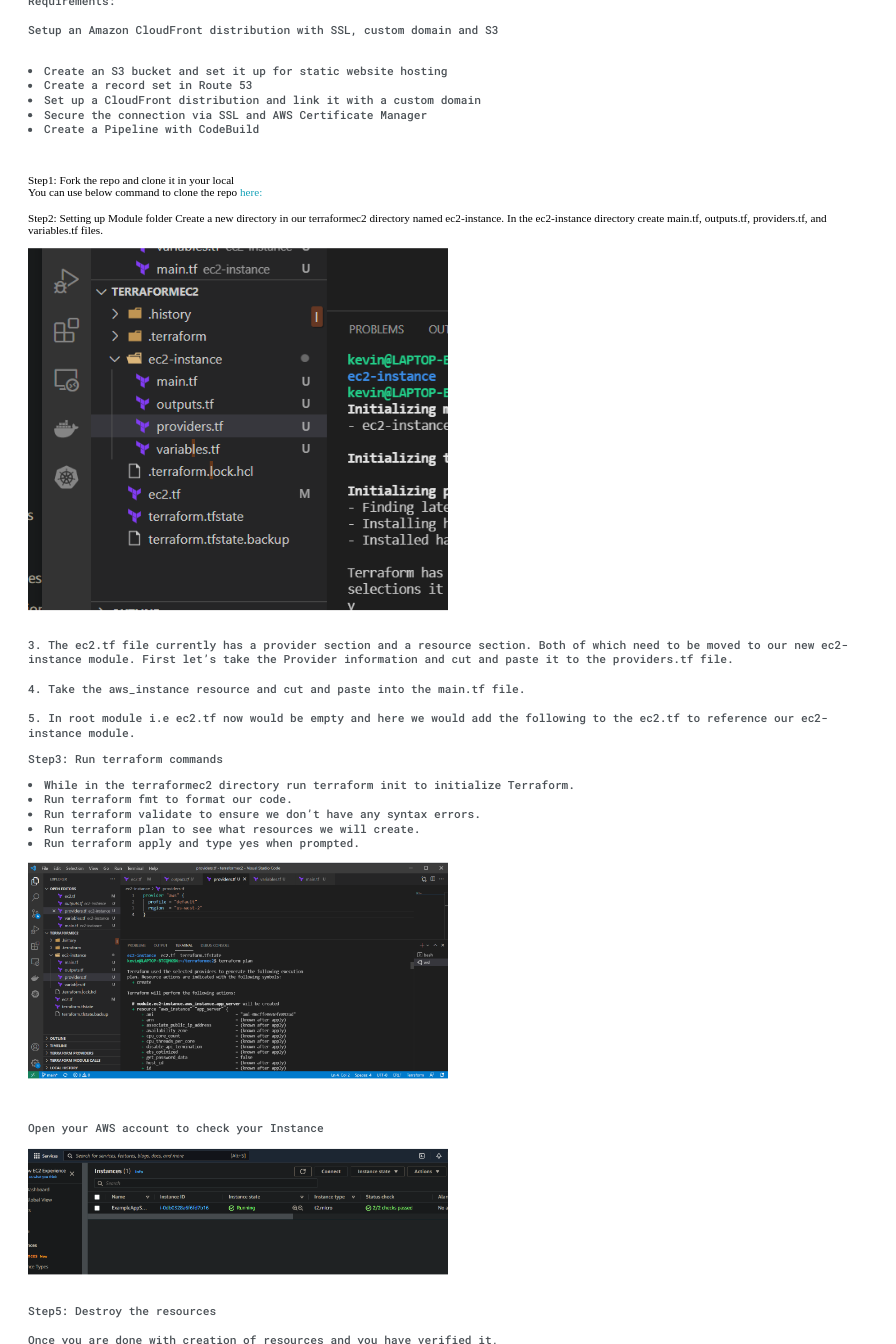
Repository: kevAnto/P_folio
Page: static.html
These files come from the project's save history. The page is drawn as it stood at one moment and after the next save; the edit follows.
The browser window is 1280 px wide. The pictures show the part of the page from y = 562 to 2482 px (the page is 3085 px tall before and 792 px after), at 70% of full size.

Above is the page before, as saved 2022-02-24 11:48:23.

### static.html
<!DOCTYPE html>
<html>

<head>
	<title>Antoine Choula</title>


	<meta name="viewport" content="width=device-width, initial-scale=1, maximum-scale=1, minimum-scale=1" />

	<link href="https://fonts.googleapis.com/css2?family=Russo+One&amp;display=swap" rel="stylesheet">

	<link href="https://fonts.googleapis.com/css2?family=Roboto+Mono:wght@500&amp;display=swap" rel="stylesheet">

	<link rel="stylesheet" type="text/css" href="default.css">


	<style type="text/css">
		.img-container{
			max-width: 600px;
		}

		img{
			width: 100%
		}

	</style>

</head>
<body>
	<div class="nav-wrapper">

		<!-- Link around dots-wrapper added after tutorial video -->
		<a href="index.html">
			<div class="dots-wrapper">
				<div id="dot-1" class="browser-dot"></div>
				<div id="dot-2" class="browser-dot"></div>
				<div id="dot-3" class="browser-dot"></div>
			</div>
		</a>

		<ul id="navigation">
			<li><a href="index.html">About</a></li>
			<li><a href="blog.html">Blog</a></li>
			<li><a href="index.html#contact">Contact</a></li>

		</ul>
	</div>

	<div class="main-container">
		<br>

		<div class="img-container">
			<img src="images/static.png">
		</div>

		<h3>DevOps- Implementing CI-CD with AWS S3 static website</h3>


		<p> Requirements: <br><br>

            Setup an Amazon CloudFront distribution with SSL, custom domain and S3 <br><br>


            <li>Create an S3 bucket and set it up for static website hosting </li>
            <li>Create a record set in Route 53 </li>
            <li>Set up a CloudFront distribution and link it with a custom domain  </li>
            <li>Secure the connection via SSL and AWS Certificate Manager </li>
			<li>Create a Pipeline with CodeBuild</li>
		<br>
		<br>

		<br>
			Step1: Fork the repo and clone it in your local

		<br>
        You can use below command to clone the repo <a href="https://github.com/kevAnto/terraformec2/blob/main/ec2.tf">here:</a> <br><br>

        Step2: Setting up Module folder

    Create a new directory in our terraformec2 directory named ec2-instance.
    In the ec2-instance directory create main.tf, outputs.tf, providers.tf, and variables.tf files.
		</p>

		<div class="img-container">
			<img src="images/tf1(1).PNG">
		</div>

		<br>
		<p>
            3. The ec2.tf file currently has a provider section and a resource section. Both of which need to be moved to our new ec2-instance module. First let’s take the Provider information and cut and paste it to the providers.tf file.
		<br>
		<br>
		    4. Take the aws_instance resource and cut and paste into the main.tf file.
		<br>

        <br>

            5. In root module i.e ec2.tf now would be empty and here we would add the following to the ec2.tf to reference our ec2-instance module.

		<br>

        <p>
            Step3: Run terraform commands


            <li>While in the terraformec2 directory run terraform init to initialize Terraform.</li>
            <li>Run terraform fmt to format our code.</li>
            <li>Run terraform validate to ensure we don’t have any syntax errors.</li>
            <li>Run terraform plan to see what resources we will create.</li>
            <li>Run terraform apply and type yes when prompted.</li>

		<br>

		<div class="img-container">
			<img src="images/tf2(1).PNG">
		</div>

		<br>
		<p>
		<br>
		Open your AWS account to check your Instance

		<br>

		<div class="img-container">
			<img src="images/running.PNG">
		</div>

		<p>
            <br>Step5: Destroy the resources <br> <br>Once you are done with creation of resources and you have verified it,
		<br>

		<div class="img-container">
			<img src="images/tf3(1).PNG">
		</div>

		<br>
		<p>
            <p>
             Next step is to destroy all the resources created in order to avoid any unnecessary charges from AWS.
            <br>

		<br>

		<div class="img-container">
			<img src="images/tf4.PNG">
		</div>
		<p>


            <br>



	</div>

</body>

</html>

### default.css
:root{
	--mainColor:#eaeaea;
	--secondaryColor:#fff;

	--borderColor:#c1c1c1;

	--mainText:black;
	--secondaryText:#4b5156;

	--themeDotBorder:#24292e;

	--previewBg:rgb(251, 249, 243, 0.8);
	--previewShadow:#f0ead6;


	--buttonColor:black;


}


html, body{
	padding: 0;
	margin: 0;
	scroll-behavior: smooth;
}

body *{
	transition: 0.3s;
}


h1, h2, h3, h4, h5, h6, strong{
	color: var(--mainText);
	font-family: 'Russo One', sans-serif;
	font-weight: 500;
}

p, li, span, label, input, textarea{
	color: var(--secondaryText);
	font-family: 'Roboto Mono', monospace;
}

a{
	text-decoration: none;
	color:#17a2b8;
}

ul{
	list-style: none;
}

h1 { font-size: 56px;}
h2 { font-size: 36px;}
h3 { font-size: 28px;}
h4 { font-size: 24px;}
h5 { font-size: 20px;}
h6 { font-size: 16px;}


.s1{
	background-color: var(--mainColor);
	border-bottom:1px solid var(--borderColor);
	overflow:auto;
}

.s2{
	background-color: var(--secondaryColor);
	border-bottom:1px solid var(--borderColor);
	overflow:auto;
}




.main-container{
	width: 1200px;
	margin: 0 auto;
}


.greeting-wrapper{
	display: grid;
	text-align: center;
	align-content: center;
	min-height: 10em;

}

.intro-wrapper{
	background-color: var(--secondaryColor);
	border:1px solid var(--borderColor);
	border-radius:5px 5px 0 0;


	-webkit-box-shadow: -1px 1px 3px -1px rgba(0,0,0,0.75);
	-moz-box-shadow: -1px 1px 3px -1px rgba(0,0,0,0.75);
	box-shadow: -1px 1px 3px -1px rgba(0,0,0,0.75);

	display: grid;
	grid-template-columns: 1fr 1fr;
	grid-template-areas:
		'nav-wrapper nav-wrapper'
		'left-column right-column'
	;
}


.nav-wrapper{
	border-radius:5px 5px 0 0;
	grid-area:nav-wrapper;
	border-bottom: 1px solid var(--borderColor);
	display: flex;
	justify-content: space-between;
	align-items: center;
	background-color: var(--mainColor);
}

#navigation a{
	color:var(--mainText);
}


#navigation{
	margin:0;
	padding: 10px;
}

#navigation li{
	display: inline-block;
	margin-right: 5px;
	margin-left:5px;
}

.dots-wrapper{
	display: flex;
	padding: 10px;
}

#dot-1{
	background-color:  #2ACA3E;
}

#dot-2{
	background-color:  #FC6058;
}

#dot-3{
	background-color:  #FEC02F;
}

.browser-dot{
	background-color: black;
	height: 15px;
	width: 15px;
	border-radius: 50%;
	margin: 5px;

	-webkit-box-shadow: -1px 1px 3px -1px rgba(0,0,0,0.75);
	-moz-box-shadow: -1px 1px 3px -1px rgba(0,0,0,0.75);
	box-shadow: -1px 1px 3px -1px rgba(0,0,0,0.75);

}


.left-column{
	grid-area: left-column;
	padding-top:50px;
	padding-bottom: 50px;
}

#profile_pic{
	display: block;
	margin:0 auto;

	height: 200px;
	width: 200px;
	object-fit: cover;
	border:2px solid var(--borderColor);
}


#theme-options-wrapper{
	display: flex;
	justify-content: center;
}

.theme-dot{
	height: 30px;
	width: 30px;
	background-color: black;
	border-radius: 50%;

	margin: 5px;
	border:2px solid var(--themeDotBorder);

	-webkit-box-shadow: -1px 1px 3px -1px rgba(0,0,0,0.75);
	-moz-box-shadow: -1px 1px 3px -1px rgba(0,0,0,0.75);
	box-shadow: -1px 1px 3px -1px rgba(0,0,0,0.75);

	cursor: pointer;
}


.theme-dot:hover{
	border-width: 5px;
}


#light-mode{
	background-color: #fff;
}

#blue-mode{
	background-color: #192734;
}

#green-mode{
	background-color: #78866b;
}

#purple-mode{
	background-color: #7E4C74;
}

#settings-note{
	font-size: 12px;
	font-style: italic;
	text-align: center;
}

.right-column{
	grid-area: right-column;
	display: grid;
	align-content: center;

	padding-top: 50px;
	padding-bottom: 50px;
}


#preview-shadow{
	background-color: var(--previewShadow);
	max-width: 300px;
	height: 180px;
	padding-left: 30px;
	padding-top: 30px;
}

#preview{
	width: 300px;
	border:1.5px solid #17a2b8;
	background-color: var(--previewBg);
	padding:15px;
	position: relative;
}

.corner{
	width:7px;
	height: 7px;
	border-radius: 50%;
	border:1.5px solid #17a2b8;
	background-color: #fff;
	position: absolute;
}

#corner-tl{
	top:-5px;
	left: -5px
}

#corner-tr{
	top:-5px;
	right: -5px
}


#corner-br{
	bottom:-5px;
	right: -5px
}


#corner-bl{
	bottom:-5px;
	left: -5px
}

.about-wrapper{
	display: grid;
	grid-template-columns: repeat(auto-fit, minmax(320px, 1fr));
	padding-bottom: 50px;
	padding-top: 50px;
	gap:100px;
}


#skills{
	display: flex;
	justify-content: space-evenly;
	background-color: var(--previewShadow);
}

.social-links{
	display: grid;
	align-content: center;
	text-align: center;
}

#social_img{
	width: 100%;
}


.post-wrapper{
	display: grid;
	grid-template-columns: repeat(auto-fit, 320px);
	gap:20px;
	justify-content: center;
	padding-bottom: 50px;
}

.post{
	border:1px solid var(--borderColor);
	-webkit-box-shadow: -2px 7px 21px -9px rgba(0,0,0,0.75);
	-moz-box-shadow: -2px 7px 21px -9px rgba(0,0,0,0.75);
	box-shadow: -2px 7px 21px -9px rgba(0,0,0,0.75);
}

.thumbnail{
	display: block;
	width: 100%;
	height:180px;
	object-fit: cover;
}

.sami{
	display: flex;
	width: 40%;
	height:80px;
	object-fit: cover;

}

.sami1 {
	display: grid;
	grid-gap: 1px;
	grid-template-columns: minmax(200px, 1fr) 200px 200px;
	background-color: #fff;
	color: #444;
	width: 40%;
	height:80px;
	object-fit: cover;
  }

  .sami2 {

	grid-template-columns: minmax(200px, 1fr) 200px 400px;

  }

.post-preview{
	background-color: #fff;
	padding:15px;
}

.post-title{
	color:black;
	margin: 0;
}

.post-intro{
	color:#4b5156;
	font-size: 14px;
}


#contact-form{
	display: block;
	max-width: 600px;
	margin: 0 auto;
	border: 1px solid var(--borderColor);
	padding: 15px;
	border-radius: 5px;
	background-color: var(--mainColor);
	margin-bottom: 50px;

}

#contact-form label{
	line-height: 2.7em;
}

#contact-form textarea{
	min-height: 100px;
	font-size: 14px;
}


.input-field{
	width: 100%;
	padding-top: 10px;
	padding-bottom:10px;
	background-color: var(--secondaryColor);
	border-radius: 5px;
	border:1px solid var(--borderColor);
	font-size: 14px;
}


#submit-btn{
	margin-top: 10px;
	width: 100%;
	padding-top: 10px;
	padding-bottom:10px;
	color: #fff;
	background-color: var(--buttonColor);
	border:none;
}


@media screen and (max-width: 1200px){
	.main-container{
		width: 95%;
	}
}

@media screen and (max-width: 800px){
	.intro-wrapper{
		grid-template-columns: 1fr;
		grid-template-areas:
			'nav-wrapper'
			'left-column'
			'right-column'
		;
	}

	.right-column{
		justify-content: center;
	}

}

@media screen and (max-width: 400px){
	#preview-shadow{
		max-width: 280px;
		height: 180px;
		padding-left: 10px;
		padding-top: 10px;
	}

	#preview{
		width: 280px;

	}

}

After the next save:
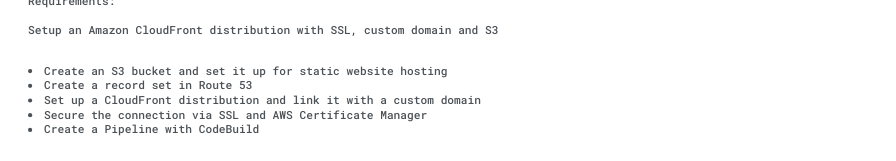
Saved 25 s later.
--- a/static.html
+++ b/static.html
@@ -69,86 +69,6 @@
 		<br>
 		<br>
 
-		<br>
-			Step1: Fork the repo and clone it in your local
-
-		<br>
-        You can use below command to clone the repo <a href="https://github.com/kevAnto/terraformec2/blob/main/ec2.tf">here:</a> <br><br>
-
-        Step2: Setting up Module folder
-
-    Create a new directory in our terraformec2 directory named ec2-instance.
-    In the ec2-instance directory create main.tf, outputs.tf, providers.tf, and variables.tf files.
-		</p>
-
-		<div class="img-container">
-			<img src="images/tf1(1).PNG">
-		</div>
-
-		<br>
-		<p>
-            3. The ec2.tf file currently has a provider section and a resource section. Both of which need to be moved to our new ec2-instance module. First let’s take the Provider information and cut and paste it to the providers.tf file.
-		<br>
-		<br>
-		    4. Take the aws_instance resource and cut and paste into the main.tf file.
-		<br>
-
-        <br>
-
-            5. In root module i.e ec2.tf now would be empty and here we would add the following to the ec2.tf to reference our ec2-instance module.
-
-		<br>
-
-        <p>
-            Step3: Run terraform commands
-
-
-            <li>While in the terraformec2 directory run terraform init to initialize Terraform.</li>
-            <li>Run terraform fmt to format our code.</li>
-            <li>Run terraform validate to ensure we don’t have any syntax errors.</li>
-            <li>Run terraform plan to see what resources we will create.</li>
-            <li>Run terraform apply and type yes when prompted.</li>
-
-		<br>
-
-		<div class="img-container">
-			<img src="images/tf2(1).PNG">
-		</div>
-
-		<br>
-		<p>
-		<br>
-		Open your AWS account to check your Instance
-
-		<br>
-
-		<div class="img-container">
-			<img src="images/running.PNG">
-		</div>
-
-		<p>
-            <br>Step5: Destroy the resources <br> <br>Once you are done with creation of resources and you have verified it,
-		<br>
-
-		<div class="img-container">
-			<img src="images/tf3(1).PNG">
-		</div>
-
-		<br>
-		<p>
-            <p>
-             Next step is to destroy all the resources created in order to avoid any unnecessary charges from AWS.
-            <br>
-
-		<br>
-
-		<div class="img-container">
-			<img src="images/tf4.PNG">
-		</div>
-		<p>
-
-
-            <br>
 
 
 
